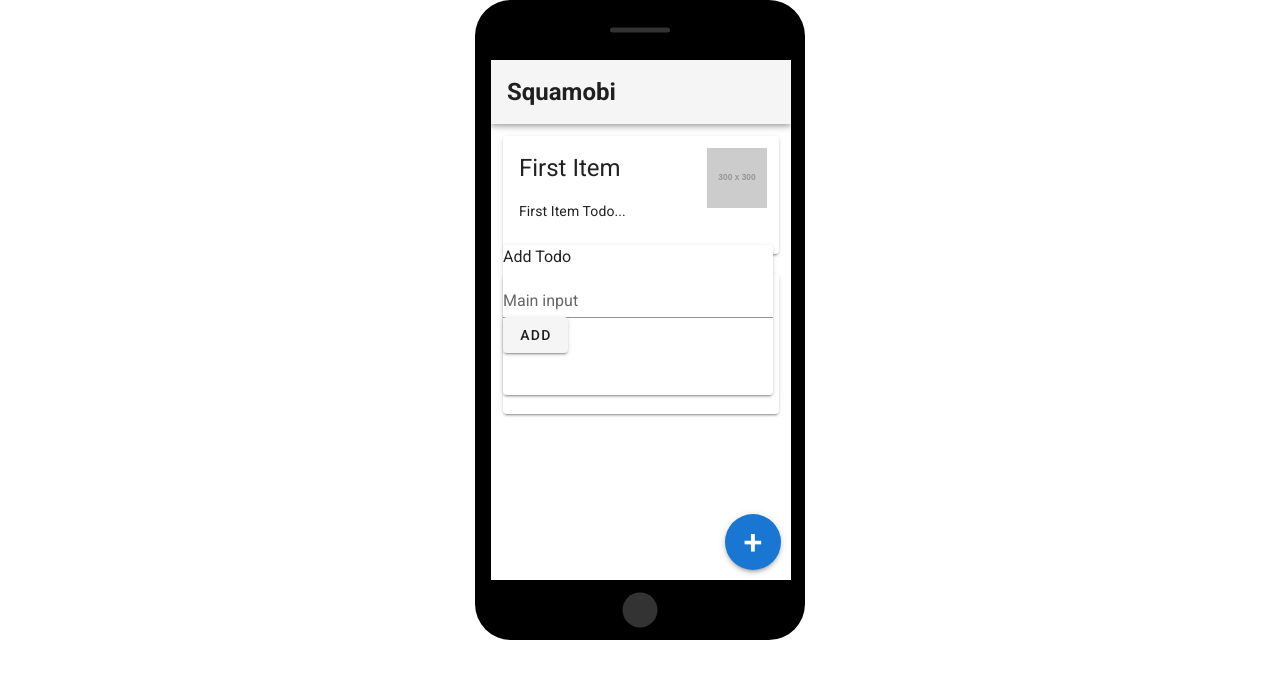
Repository: Keepnox/squamobi-interview
Page: /
The author's editor kept a copy of each file at every save. The page is drawn from the files as they stood at one save, then again after the next save.
The browser window is 1280 px wide. The pictures show the whole page.
The project was rebuilt for these pictures with package versions that can differ from the ones it lists, and the page was loaded fresh each time. Also part of the build but not shown: vue.config.js. Imported but missing from the stored project, and not drawn on this page: src/views/About.vue.

Above is the page before, as saved 2022-01-15 23:44:26.

### src/App.vue
<template>
  <smartphone>
    <v-app>
    <v-main>
        <v-app-bar >
          <h2>Squamobi</h2>
        </v-app-bar>

      <!-- Provides the application the proper gutter -->
      <v-container fluid>

        <!-- If using vue-router -->
        <router-view></router-view>
      </v-container>
    </v-main>

  </v-app>
  </smartphone>

</template>

<script>
import Smartphone from './components/Smartphone.vue';

export default {
  name: 'App',

  components: {
    Smartphone,
  },

  data: () => ({
    //
  }),
};
</script>

### src/components/Smartphone.vue
<template>
  <div class="smartphone">
    <div class="content">
      <slot> </slot>
    </div>
  </div>
</template>

<style scoped>

.smartphone {
  position: relative;
  width: 330px;
  height: 640px;
  margin: auto;
  border: 16px black solid;
  border-top-width: 60px;
  border-bottom-width: 60px;
  border-radius: 36px;
}

/* The horizontal line on the top of the device */
.smartphone:before {
  content: '';
  display: block;
  width: 60px;
  height: 5px;
  position: absolute;
  top: -30px;
  left: 50%;
  transform: translate(-50%, -50%);
  background: #333;
  border-radius: 10px;
}

/* The circle on the bottom of the device */
.smartphone:after {
  content: '';
  display: block;
  width: 35px;
  height: 35px;
  position: absolute;
  left: 50%;
  bottom: -65px;
  transform: translate(-50%, -50%);
  background: #333;
  border-radius: 50%;
}

/* The screen (or content) of the device */
.smartphone .content {
  width: 300px;
  height: 520px;
  background: white;
}

.content > * {
  min-height: 100%;
  height: 100%;
}
</style>

### src/views/Home.vue
<template>
  <div id="listOuter">
    <TodoItem
      v-for="(t, index) in todoData"
      :key="index"
      :title="t.title"
      :desc="t.description"
      :image="t.image"
    ></TodoItem>

    <v-btn
          class="add-button"
          color="primary"
          elevation="3"
          fab
          v-on:click="dialog = !dialog"
        ><span style="font-size:34px;">+</span></v-btn>
        <v-card class="popup" v-if="dialog">
          <div>Add Todo</div>
          <v-text-field
            label="Main input"
            hide-details="auto"
          ></v-text-field>
          <v-btn>
            Add
          </v-btn>
        </v-card>
  </div>
</template>

<script>

import TodoItem from '@/components/TodoItem.vue'

export default {
  name: 'Home',
  components: {TodoItem},
  data () {
    return {
      todoData: [],
      dialog: true,
    }
  },
  watch: {
    dialog(val) {
      console.log(val)
    }
  },
  mounted () {
    this.todoData = JSON.parse(localStorage.getItem('todo'))
    console.log('selam')
  },
  created() {
    let defaultData = JSON.parse(localStorage.getItem('todo')) || [
        {
          title: "First Item",
          description: 'First Item Todo...',
          image: "https://unsplash.it/640/425?random"
        },
        {
          title: "Todo Item 2",
          description: 'Todo item 3.... lorem ipsum',
          image: "https://unsplash.it/640/425?random"
        }
      ]
    localStorage.setItem('todo', JSON.stringify(defaultData))
  }
}
</script>

<style >
.v-application--wrap {
  height: 100%;
  min-height: 100%;
}
.list-outer {
  position: relative;
  height: 100%;
  width: 100%;
}
.add-button {
  position: absolute;
  right: 10px;
  bottom: 10px;
}
.popup {
  position: absolute;
  height: 150px;
  width: 90%;
  top: 50%;
  transform: translateY(-50%);
}
</style>

### src/components/TodoItem.vue
<template>
    <v-card class="mb-5">
      <div class="d-flex flex-no-wrap justify-space-between">
        <div>
          <v-card-title class="text-h5" v-text="title"></v-card-title>

          <v-card-text > {{desc}} </v-card-text>
          <v-card-actions>
          </v-card-actions>
        </div>

        <v-avatar
          class="ma-3"
          size="60"
          tile
        >
          <v-img src="http://placehold.it/300"></v-img>
        </v-avatar>
      </div>
    </v-card>
</template>
<script>
export default {
  props: ["desc", "title", "image"],
  mounted() {
    console.log(this.items)
  }
}
</script>

Loaded but not shown: public/index.html (common file); src/main.js (common file); src/plugins/vuetify.js (common file); src/router/index.js (common file)

After the next save:
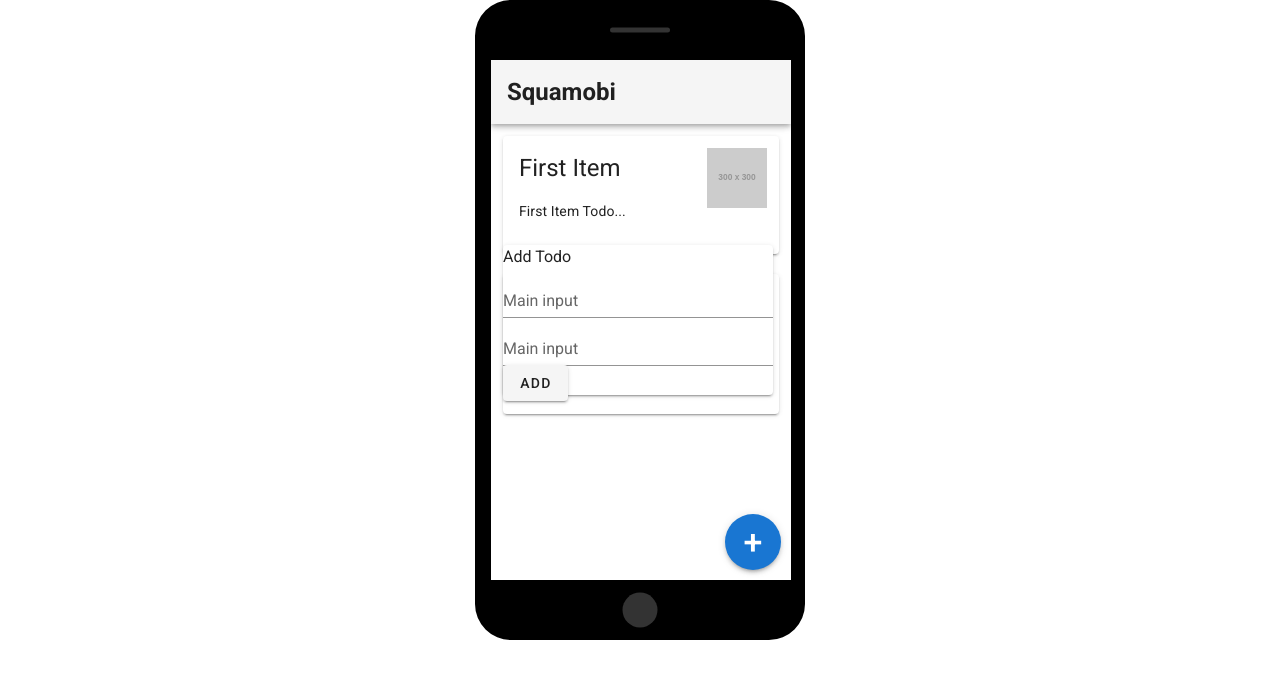
Saved 83 s later.
--- a/src/views/Home.vue
+++ b/src/views/Home.vue
@@ -17,6 +17,10 @@
         ><span style="font-size:34px;">+</span></v-btn>
         <v-card class="popup" v-if="dialog">
           <div>Add Todo</div>
+          <v-text-field
+            label="Main input"
+            hide-details="auto"
+          ></v-text-field>
           <v-text-field
             label="Main input"
             hide-details="auto"
